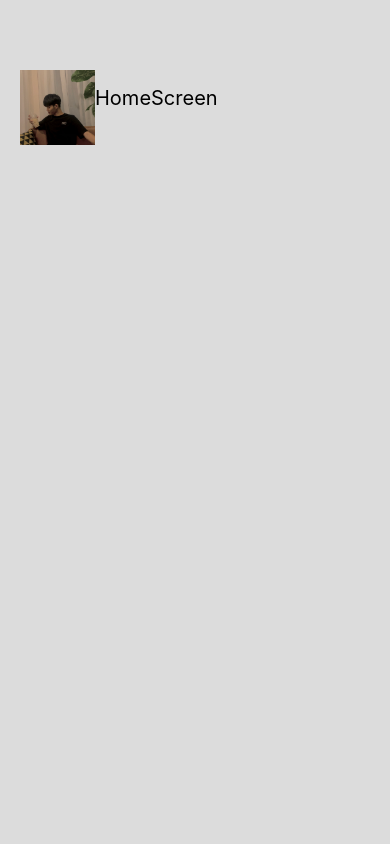
Repository: diepdung02/AppPTC
Screen: /Home
These files come from the project's save history. The screen is drawn as it stood at one moment and after the next save; the edit follows.
The app was drawn by React Native's web renderer in a window 390 px wide. The project was rebuilt for these pictures with package versions that can differ from the ones it lists, and the page was loaded fresh each time.

Above is the screen before, as saved 2024-06-29 13:09:11.

After the next save:
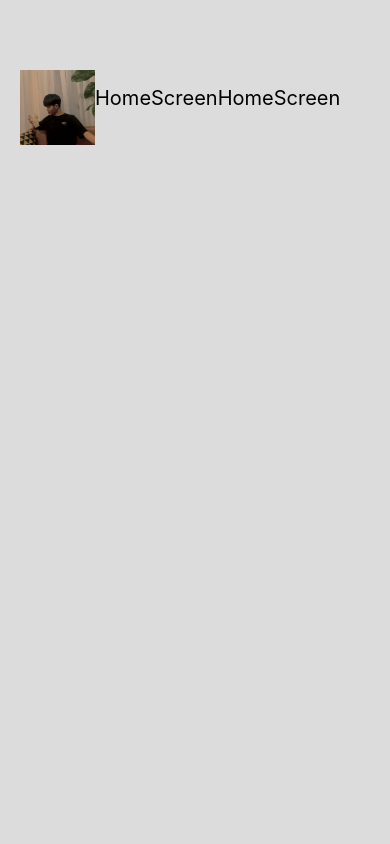
Saved 9 s later.
--- a/screen/home/HomeScreen.tsx
+++ b/screen/home/HomeScreen.tsx
@@ -7,6 +7,7 @@
     <View style={styles.container}>
       <View style={styles.inforContainer}>
         <Image source={require("../../assets/avatar.jpg")} style={styles.avatar}></Image>
+      <Text style={styles.txtInfor}>HomeScreen</Text>
       <Text style={styles.txtInfor}>HomeScreen</Text>
       </View>
     </View>

After the save that followed:
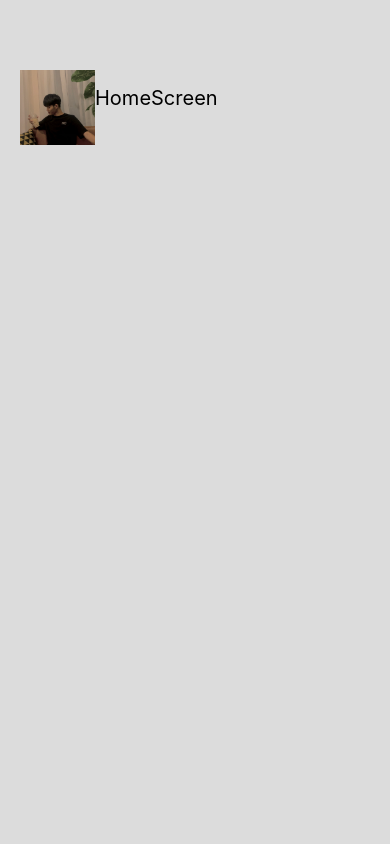
Saved 5 s later.
--- a/screen/home/HomeScreen.tsx
+++ b/screen/home/HomeScreen.tsx
@@ -8,7 +8,7 @@
       <View style={styles.inforContainer}>
         <Image source={require("../../assets/avatar.jpg")} style={styles.avatar}></Image>
       <Text style={styles.txtInfor}>HomeScreen</Text>
-      <Text style={styles.txtInfor}>HomeScreen</Text>
+      <Text style={styles.txtInfor}></Text>
       </View>
     </View>
   )
